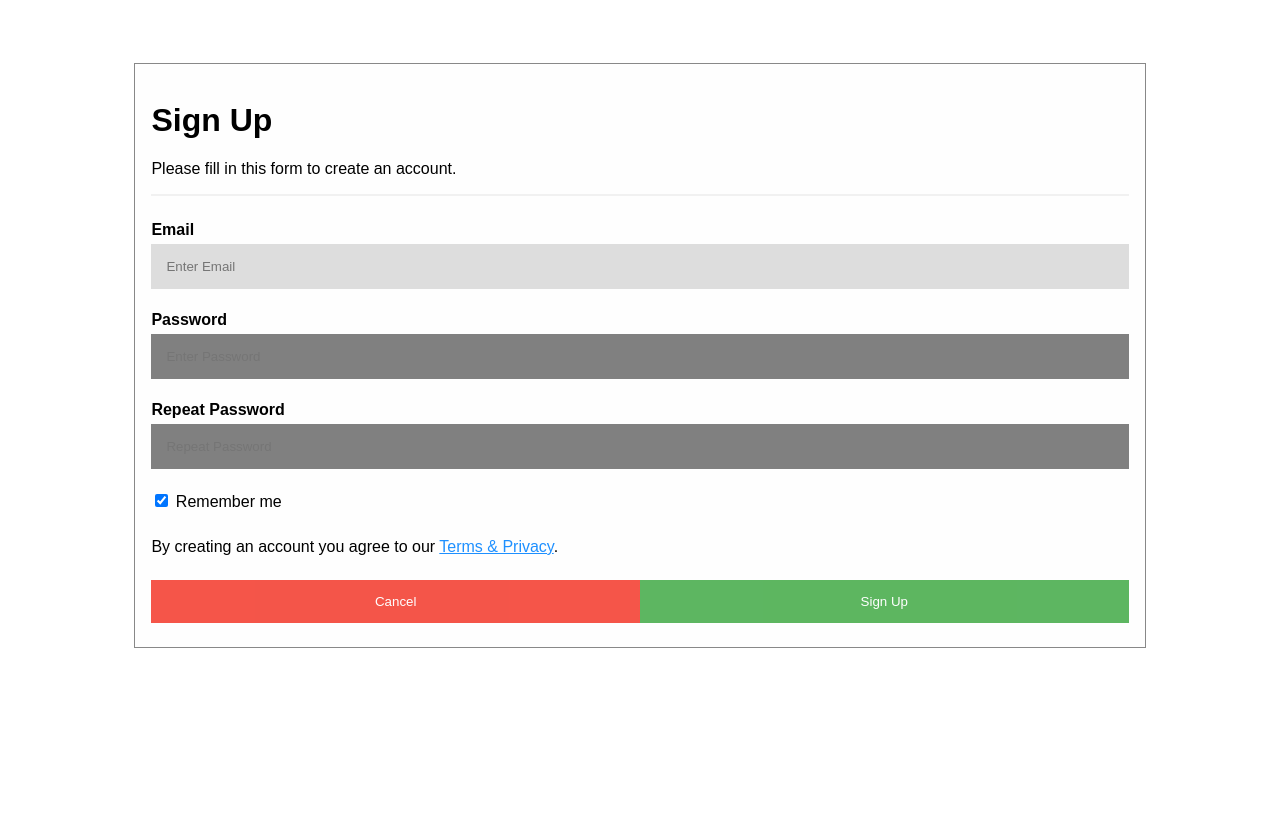
Repository: Abinesh-T/FinallDtProject
Page: http://localhost/FrontEnd/signup
An editor plug-in stored every save of this project. The page is shown before and after the next save, followed by the edit.
The browser window is 1280 px wide. The pictures show the whole page.
The first visible `input[type=text]` has the focus.
The page is served by Tomcat 9.

Above is the page before, as saved 2018-02-25 08:57:04.

After the next save:
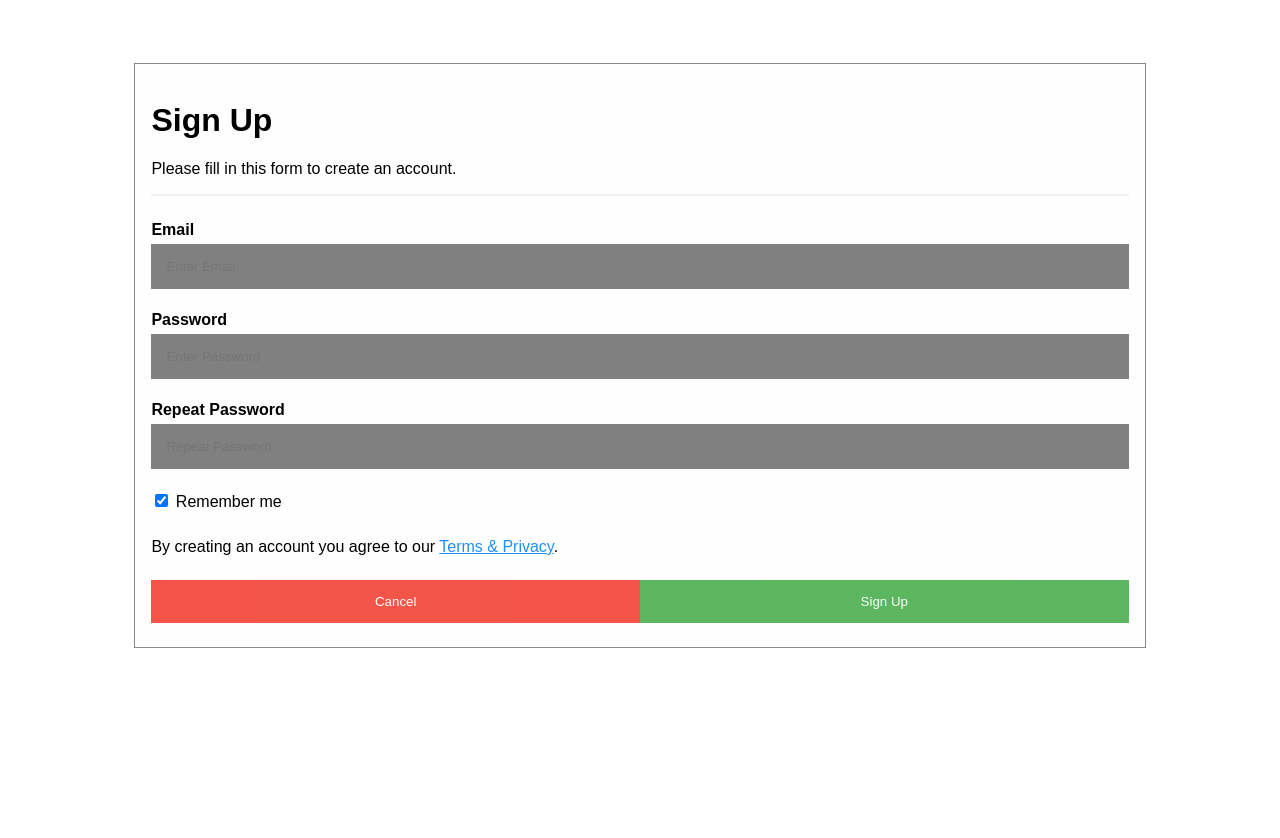
Saved 16 s later.
--- a/FrontEnd/src/main/webapp/WEB-INF/views/signup.jsp
+++ b/FrontEnd/src/main/webapp/WEB-INF/views/signup.jsp
@@ -15,7 +15,7 @@
 
 /* Add a background color when the inputs get focus */
 input[type=text]:focus, input[type=password]:focus {
-    background-color: #ddd;
+    background-color: gray;
     outline: none;
 }
 
